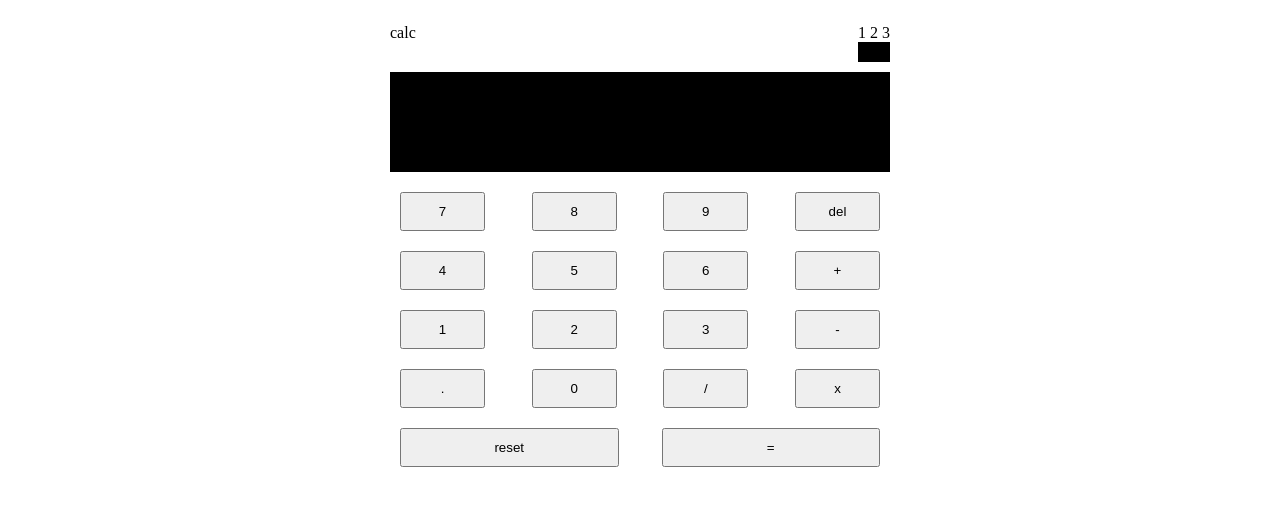
Repository: Eugene44-hub/basic-calculator
Page: index.html
The author's editor kept a copy of each file at every save. The page is drawn from the files as they stood at one save, then again after the next save.
The browser window is 1280 px wide. The pictures show the whole page.

Above is the page before, as saved 2021-10-01 14:24:06.
Console error: SyntaxError: Unexpected end of input

### index.html
<!DOCTYPE html>
<html lang="en">

<head>
    <link rel="stylesheet" href="style.css">
    <meta charset="UTF-8">
    <meta http-equiv="X-UA-Compatible" content="IE=edge">
    <meta name="viewport" content="width=device-width, initial-scale=1.0">
    <title>Document</title>
</head>

<body>
    <div class="cal-container">

        <div class="theme">
            <div class="header">calc</div>
            <div class="theme-number">
                <span id="one">1</span>
                <span id="two">2</span>
                <span id="three">3</span>
                <div class="toggle"></div>
            </div>
        </div>
        <div class="output">

        </div>
        <div class="buttons">
            <button id="number-button">7</button>
            <button id="number-button">8</button>
            <button id="number-button">9</button>
            <button id="del-button">del</button>
            <button id="number-button">4</button>
            <button id="number-button">5</button>
            <button id="number-button">6</button>
            <button id="addition-button">+</button>
            <button id="number-button">1</button>
            <button id="number-button">2</button>
            <button id="number-button">3</button>
            <button id="minus-button">-</button>
            <button id="dot-button">.</button>
            <button id="number-button">0</button>
            <button id="division-button">/</button>
            <button id="multiply-button">x</button>
            <button id="reset-button">reset</button>
            <button id="equals-button">=</button>
        </div>
    </div>

    <script src="app.js"></script>
</body>

</html>

### style.css
* {
    padding: 0;
    margin: 0;
    box-sizing: border-box;
}

body {
    display: flex;
    height: 500px;
}

.theme {
    display: flex;
}

.toggle {
    background-color: black;
    height: 20px;
}

.header {
    flex: 1;
}

.cal-container {
    margin: auto;
    width: 500px;
}

.buttons {
    display: flex;
    flex-wrap: wrap;
    justify-content: space-between;
}

button {
    flex-basis: 17%;
    padding: 10px;
    margin: 10px;
}

#reset-button,
#equals-button {
    flex-basis: 43.7%
}

.output {
    height: 100px;
    background-color: black;
    margin: 10px 0
}

Loaded but not shown: app.js (common file)

After the next save:
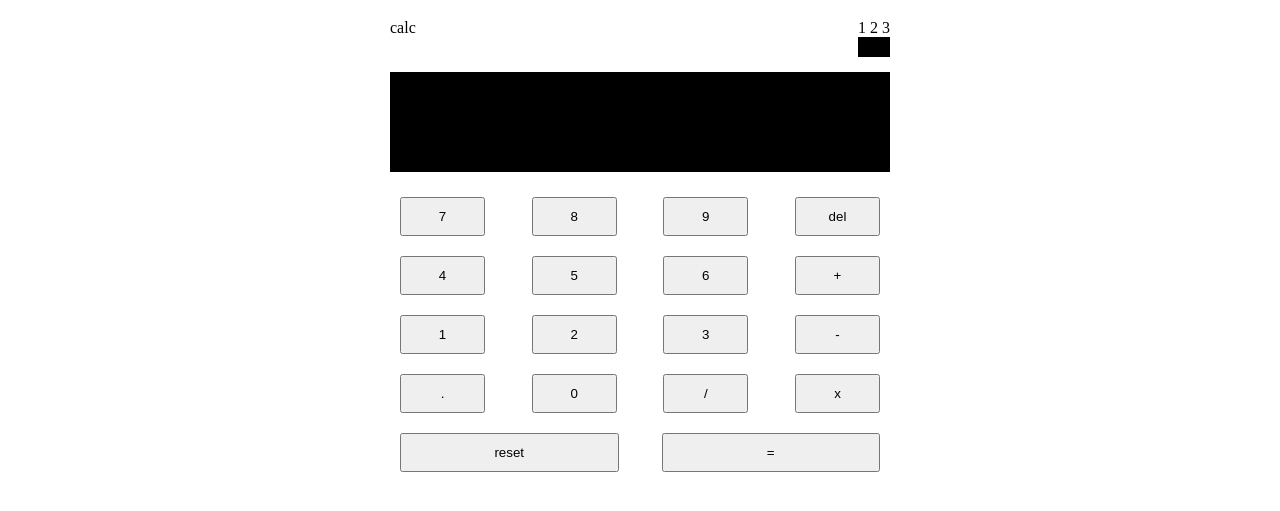
Saved 9 s later.
--- a/style.css
+++ b/style.css
@@ -47,5 +47,5 @@ button {
 .output {
     height: 100px;
     background-color: black;
-    margin: 10px 0
+    margin: 15px 0
 }
